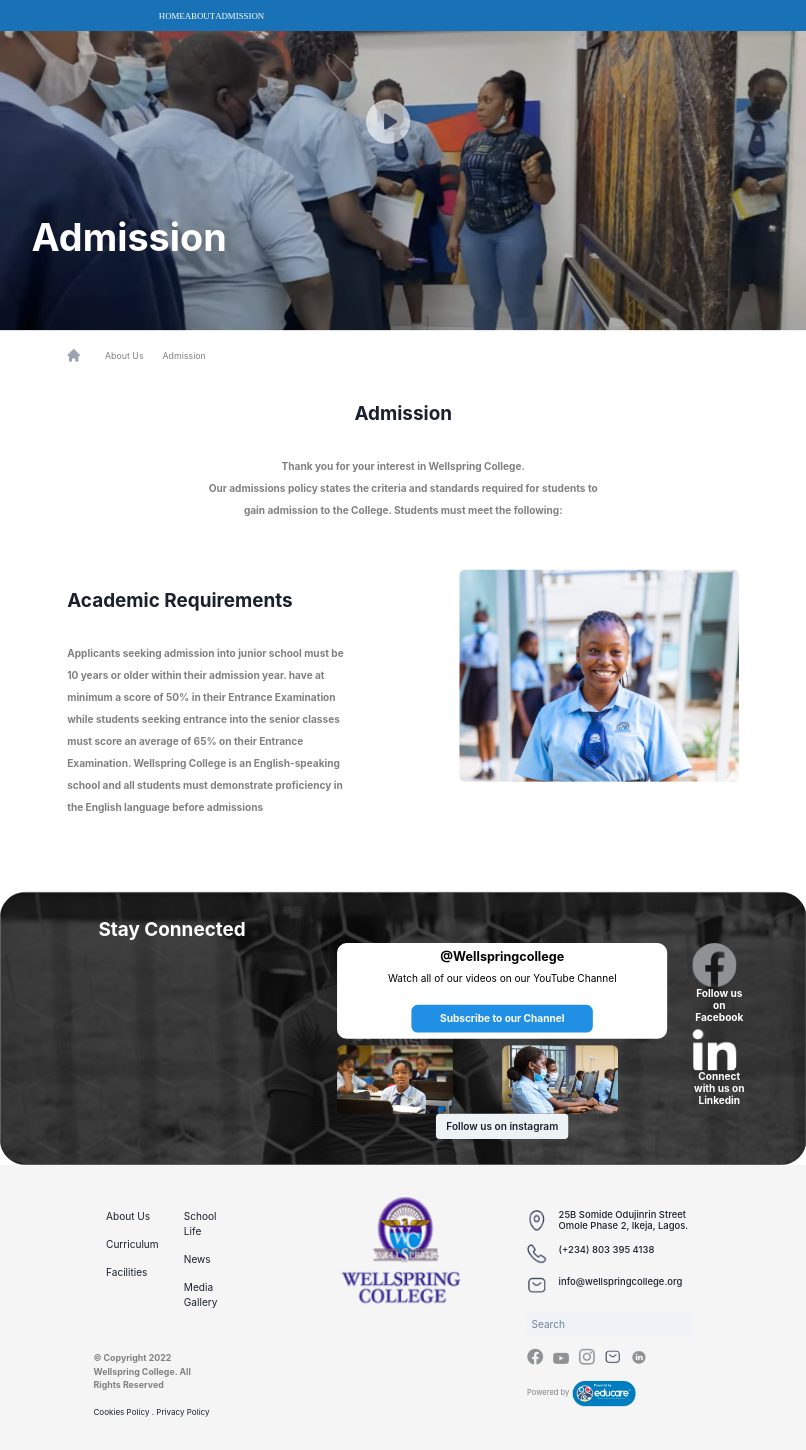
Repository: gr8skills/wellspring-school-forked
Page: /admission
These files come from the project's save history. The page is drawn as it stood at one moment and after a run of saves; the edit follows.
The browser window is 1280 px wide. The pictures show the whole page, at 63% of full size.
The project was rebuilt for these pictures with package versions that can differ from the ones it lists, and the page was loaded fresh each time. Also part of the build but not shown: src/components/Navbar/Dropdown.scss, src/components/Navbar/Dropdown.js, src/components/Testimonials/Testimonials.js, src/components/Calendar/Calendar.js, src/components/News/News.js, src/components/WhyWellspring/_why-wellspring.scss, src/components/WhyWellspring/WhyWellspring.js, src/components/AppTab/AppTab.js and 9 more.

Above is the page before, as saved 2022-12-06 19:08:39.

### src/index.css
body {
  /* margin: 0;
  font-family: -apple-system, BlinkMacSystemFont, 'Segoe UI', 'Roboto', 'Oxygen',
    'Ubuntu', 'Cantarell', 'Fira Sans', 'Droid Sans', 'Helvetica Neue',
    sans-serif;
  -webkit-font-smoothing: antialiased;
  -moz-osx-font-smoothing: grayscale; */
}

/* code {
  font-family: source-code-pro, Menlo, Monaco, Consolas, 'Courier New',
    monospace;
} */

### src/App.css
body{
}

.App {
  text-align: center;
    background-color:black;

}

.App-logo {
  height: 40vmin;
  pointer-events: none;
}

@media (prefers-reduced-motion: no-preference) {
  .App-logo {
    animation: App-logo-spin infinite 20s linear;
  }
}


@keyframes App-logo-spin {
  from {
    transform: rotate(0deg);
  }
  to {
    transform: rotate(360deg);
  }
}

### src/pages/Admission/Admission.js
import Banner from "../../assets/admission.png";
import Home from "../../assets/home.png";
import VideoIcon from "../../assets/vid2.png";
import Happy from "../../assets/happy.png";

import Dot from "../../assets/yellow.png";
import { Heading } from "@chakra-ui/react";
import { Link } from "react-router-dom";

import "./_admission.scss";
import { StayConnected } from "../../components/StayConnected/StayConnected";
export const Admission = () => {
  return (
    <>
      <div className="col-md-12 holder">
        <img className="col-md-12 imgCaro" src={Banner} alt="Scholar" />
        <div className="overlay">
          <div className="videoIcon">
            {" "}
            <img className="col-md-1" src={VideoIcon} alt="Scholar" />
          </div>
          <Heading size="3xl">Admission</Heading>
        </div>
      </div>
      <div className="flexy breadcrumb">
        <div className="col-md-1">&nbsp;</div>
        <a href="#">
          <img className="col-md-12 home-icon" src={Home} alt="Scholar" />
        </a>
        <p>About Us</p>
        <p>Admission</p>
      </div>
      <div className="col-md-12 flexy admission">
        <div className="col-md-3">&nbsp;</div>
        <div className="page-body col-md-6 ">
          <Heading size="lg" mb="50px" mt="30px">
            Admission
          </Heading>
          <p style={{ lineHeight: "35px" }}>
            Thank you for your interest in Wellspring College.
            <br /> Our admissions policy states the criteria and standards
            required for students to gain admission to the College. Students
            must meet the following:
          </p>
        </div>
      </div>
      <div className="col-md-12 flexy mt6">
        <div className="col-md-1">&nbsp;</div>
        <div className="col-md-10 flexy">
          <div className="page-body col-md-5 ">
            <Heading size="lg" mb="50px" mt="30px">
              Academic Requirements
            </Heading>
            <p>
              Applicants seeking admission into junior school must be 10 years
              or older within their admission year. have at minimum a score of
              50% in their Entrance Examination while students seeking entrance
              into the senior classes must score an average of 65% on their
              Entrance Examination. Wellspring College is an English-speaking
              school and all students must demonstrate proficiency in the
              English language before admissions
            </p>
          </div>
          <div className="col-md-2">&nbsp;</div>
          <div className="col-md-5">
            {" "}
            <img className="col-md-12 br" src={Happy} alt="Scholar" />
          </div>
        </div>
      </div>
<div className="col-md-12 flexy admission-process"></div>
      <StayConnected />
    </>
  );
};

### src/components/Navbar/NavBar.module.css


.navCont{
    position: relative;
    /* display: flex; */
    width:25%;
    /* justify-content: space-between; */
    /* margin: 0 auto; */
    /* max-height: 5rem; */
    padding-left:220px;

}

.nav-links{
    font-size:10px !important;
}


.imgCont{
    position: relative;
}

/* .imgContent{
    position: absolute;
    z-index: 1;
    height: 6vw;

} */

/* .btnPortal{
    background-color: #4CA14900;
    color: #fff;
    height: 2.5rem;
    width: 7rem;
    font-size: 18px;
    border-radius: 5px;
    position: relative;
    outline: 0;
    border: 0;
    transition: 1.5s scale linear;
} */

/* .btnPortal:focus{
    outline: 0;
    border: 0;
} */

/* .btnPortal:hover{
    transform: scale(1.02);
    background-color: #4CA149CF;
} */

/* .fIcon{
    width: 30px;
    height: 30px;
    padding: 5px 5px;
    transform: translate(-6px, -1px);
} */

/* @media screen and (max-width: 960px) {
    .navCont{
        position: relative;
        display: flex;
        width: 100%;
        justify-content: space-between;
        margin: 0 auto;
        max-height: 5rem;

    }

    .imgContent{
        position: absolute;
        z-index: 1;
        height: 16vw;

    }

}


 */

### src/components/Footer/_footer.scss
@import "../../shared-styles";
@import "../../variables";



.footer-container{
    padding:50px;
    height:fit-content;
    background-color:#F5F5F6;
    ul li{
        margin:20px;
    }
    .footer-contacts{
        img{width:30px; margin-right:20px}
        h1{margin-top:20px;
        font-size:15px;}
    }
    .footer-links{
        p{margin-top:30px;
        font-size:14px;
    color:grey;
font-weight:bold;
margin-bottom:20px;}
    }
    ol li{
       width:33px;
       img{
        width:25px !important;
        margin-top:20px;
       }
    }
    .educare{
        margin-top:20px;
        p{font-size:12px;
        color:grey;
    margin-top:10px;
margin-right:5px;}
            img{width:100px;}

    }
}

### src/pages/AboutUs/_about-us.scss
@import "../../shared-styles";
@import "../../variables";


.holder2 {
  position: relative;
  img{border-radius: 10px;}
    // background-image: url("../../assets/orange-arrow2.png");
  // background-repeat: no-repeat;
  // background-size: 60px;
  // background-position: 50% 50%;
  // position: relative;
  // z-index:10000000;
  // display:none;

}

/* Make the image to responsive */
.image {
  display: block;
  width: 100%;
  height: auto;
}

/* The overlay effect - lays on top of the container and over the image */
.overlay2 {
  position: absolute;
 bottom:134px;
  color: #f1f1f1;
  width: 60%;
  opacity:1;
  color: white;
  font-size: 27px !important;
  // padding: 40px ;
  text-align:center !important;left:10%;
  @media screen and (max-width:620px){
    left:16%;
     font-size: 30px !important;
  }



}
@media screen and (max-width:620px){
  .link-imgs{
    padding:20px;
  }
  .holder2{
        margin-top:20px;

  }.holder-up{
        margin-top:-70px;

  }
}

### src/pages/ProprietorMessage/_message.scss
@import "../../shared-styles";
@import "../../variables";


.message{
  span{color:$themecolor2;}
  strong{font-size:20px;
  color:rgb(98, 97, 97);}
  .message-paragraph{margin-left: 30px; margin-top: 98px;
  @media screen and (max-width:620px){
    margin-left: 0px;
  }
  }
  img{border-radius:10px;}
}

### src/pages/Vision/_vision.scss
@import "../../shared-styles";
@import "../../variables";


.vision{
  img{
    height:10px;
    width:10px;
    margin:17px 10px;
  }
  ul li{
   line-height:45px;
  }
  ul{
    margin-right:50px;
       margin-bottom:40px;

  }
}

### src/pages/Discipline/_discipline.scss
@import "../../shared-styles";
@import "../../variables";


.discipline{
 p{margin-bottom:140px;}
}

### src/pages/SchoolSong/_school-song.scss
@import "../../shared-styles";
@import "../../variables";


.school-song{
 p{margin-bottom:140px;
line-height: 55px;}
}

### src/pages/TeachingTeam/_teaching-team.scss
@import "../../shared-styles";
@import "../../variables";


.school-song{
 p{margin-bottom:140px;
line-height: 55px;}
}

### src/pages/Admission/_admission.scss
@import "../../shared-styles";
@import "../../variables";


.videoIcon{
    margin-left:45%;
    margin-bottom:10%;
 img{
    height:70px;
    width:70px;


 }
}
.admission{
    .page-body{text-align:center}
}

### src/_variables.scss
$themecolor:#1972B6;
$themecolor2:rgb(32,143,228);

### src/components/Testimonials/_testimonials.scss
@import "../../variables";
@import "../../shared-styles";




.testimonial{
    margin-top:100px;
    small{
font-weight:bold;}
.testimonial-massage{
 margin-top:80px;

    margin-left:60px;
    p{line-height:35px;
    margin-top:40px;
    }

}
strong{font-size:20px;
background-color:$themecolor2;
color:white;
padding:2px 7px;
margin-left: 10px;
border-radius:3px}
}
 .carousel {
    position: relative;
    z-index: 0;

}
.carousel-inner {
    position: relative;
    width: 100%;
    overflow: hidden;
          border-radius:20px !important;;

}

.carousel-indicators > button.active {
    opacity: 1;
    max-width: 14px !important;
    max-height:14px  !important;
    min-width: 14px !important;
    min-height:14px  !important;
    background-color: green !important;
    border-color: #fff !important;
    outline: none;
    border: none;
    border-radius: 7px !important;

}

.carousel-indicators button{
    max-width: 14px !important;
    max-height: 14px !important;
    min-width: 14px !important;
    min-height: 14px !important;
    margin: 3px 5px !important;
    border-radius: 7px !important;
    background-color: red!important;
    border: 1px solid #fff !important;
    transition: all .5s linear ;

}

.carousel-indicators button:focus{
        outline:0;
        border-color: #4287BD;
}
.carousel-indicators  {
    position: absolute;
    right: 0;
    bottom: 10px;
    left: 0;
    z-index: 15;
    display: flex;
    flex-direction: row;
    height: 100%;
    justify-content: center;
    padding-left: 0;
    margin-right: 0;
    margin-left: 1vw;
    list-style: none;
    outline: none;
    border: none;
}

.carousel-control-next {
 left: 9vw;
     transform: rotate(180deg);
    position: absolute;
    margin-top: 35% !important;
    justify-content: right !important;
    height: 10px;
    width: 18px !important;
    font-size: 50px;

}
.carousel-control-prev {
    left: 1.5vw;
    transform: rotate(180deg) !important;
    position: absolute;
    margin-top: 35% !important;
    justify-content: right !important;
    height: 10px;
    font-size: 50px;
    width: 20px !important;

}
.carousel-control-prev::after{
    content: url('../../assets/arrow-right.png');

    z-index: 10000000000;
    margin-right: 70px;
    width: 20px;
    height: 80px;
}
.carousel-control-next::after{
    content: url('../../assets/arrow-left.png');
    font-size: 54px;
    z-index: 1000000000000000000000000000;
    position:relative;
    right: 0 !important;
    width: 20px;
    height: 80px;

}

### src/_shared-styles.scss
@import "./variables";


@media screen and (max-width:620px){
    .flexyM{
        display:flex;
    }
    .side-menu{
        display:none !important;
    }
    .page-body{padding:20px;}
}
@media screen and (min-width:620px){
    .flexy{
        display:flex;
    }
    .spread{
        display:flex;
    }
}

.side-menu{
    height:fit-content;
    padding:40px;
    background-color:#F9FAFA;
    border-radius: 10px;
    ul li{
        line-height:60px;
       &:hover{
        color:$themecolor2 !important;
       }
    }
   .active{color:$themecolor2 !important;}
}



* {box-sizing: border-box}

/* Container needed to position the overlay. Adjust the width as needed */
.holder {
  position: relative;
  width: 100%;
}

/* Make the image to responsive */
.image {
  display: block;
  width: 100%;
  height: auto;
}

/* The overlay effect - lays on top of the container and over the image */
.overlay {
  position: absolute;
  bottom: 60px;

  color: #f1f1f1;
  width: 100%;
  opacity:1;
  color: white;
  font-size: 20px;
  padding: 50px;
  text-align:left;
}

.home-icon{
    height:20px;
    width:20px;
    margin-right:40px;
}
.breadcrumb{
margin-top:30px;
p{color:grey; font-size:14px; margin-right:30px}
}
.page-body{
  p{font-weight:700;
  color:grey;
line-height:35px}
}
.br{
  border-radius:10px
}
.mt1{
  margin-top:10px;
}.mt2{
  margin-top:20px;
}.mt3{
  margin-top:30px;
}.mt4{
  margin-top:40px;
}.mt5{
  margin-top:50px;
}.mt6{
  margin-top:60px;
}

### src/components/AppButton/_app-button.scss
@import "../../shared-styles";
@import "./overides";
@import "../../variables";

.app-button{
    background-color:$themecolor2;
    color:white;
    padding:10px 45px;
    font-weight:bold;
    border-radius:10px;
}

### src/components/Calendar/_calendar.scss
@import "../../shared-styles";
@import "../../variables";



.calendar-container{
            text-align:center;
border-right:solid 1px rgb(202, 200, 200);
    .calendar-box{
background-color:$themecolor2;
height:100px;
width:110px;
border-radius: 10px;
color:#fff;
    text-align: center;
    padding:10px 0;
margin-left:40px;
margin-bottom:30px;

    }
    p{
        color:grey;
        margin-top:20px;
    }
    .calendar-day{
        font-size:35px;
    }
    .calendar-description{
        font-size:20px;
        text-align:center;
    }
}

### src/components/News/_news.scss
@import "../../shared-styles";
@import "../../variables";
.news-container{
    .news-img{
     margin-bottom:40px;
     margin-top:40px;

    }
    img{
        width:100%;
        border-radius: 10px;


    }
    .news-description{
        margin-left:30px;
        h6{
            color:grey;margin-top:40px;
        }
        p{line-height: 35px;
        font-size:20px;
    }
    }
    .read-more-link{
        color:$themecolor;
        margin-top:50px;
    }
}

### src/components/AppTab/_app-tab.scss
@import "../../shared-styles";
@import "./overides";
@import "../../variables";

### src/components/Form/_form.scss
@import "../../shared-styles";
@import "../../variables";
@import "./overides";

### src/components/SearchBar/_search-bar.scss
.visually-hidden {
    clip: rect(0 0 0 0);
    clip-path: inset(50%);
    height: 1px;
    overflow: hidden;
    position: absolute;
    white-space: nowrap;
    width: 1px;
}

input{
    background-color: rgb(239, 243, 248) !important;
    padding:7px !important;
    margin-top:20px !important;border-radius: 5px !important;
}

### src/components/StayConnected/_stay-connected.scss

.connected{
    margin-top:100px;
 border:solid 1px black;
  background-image: url("../../assets/connected-bg.png");
  background-repeat: no-repeat;
  background-size: cover;
  padding: 40px 10px;
  color:white;
  border-radius:40px;
  // margin-right:30px;
  // margin-left:60px;
  text-align:center;
      .channel{
        background-color:white;
        color:black;
        padding:10px 20px;
        height:fit-content;
        border-radius: 15px;
        margin-top:40px;
      }
      img{width:70%;
    height:100%;
  border-radius:10px;
}
}

.socials{
    margin-top: 40px;
    padding-left: 40px;
    text-align:center !important;
    img{
        width:70px !important;
    }
    .linked{
        background-color:grey;
         width:100px !important;
        border-radius: 50%;
        padding:20px;
    }
}

### src/components/AppButton/_overides.scss
@import "../../variables";



.css-jut409{
    background-color:$themecolor;
    padding:100px !important;
}

### src/components/AppTab/_overides.scss
@import "../../variables";


.css-1uw5bnh{
//    box-shadow:0 0 10px 10px rgb(30,130,205);
   border:solid 10px rgb(30,130,205);
   border-radius:10px
}
.css-qycpmy{
    color:rgb(30,130,205);
    background:#fff;
    width:100%;
    border-right:solid 1px $themecolor2;
}

### src/components/Form/_overides.scss
.css-1kp110w{
    background-color:#fff !important;
    padding:30px !important;
    color:grey;
    margin-top:40px;
    border:none !important;
        box-shadow: 0 0 1px 1px #fff !important;

}

.css-1om0uuh {
      background-color:#fff !important;
    margin-top:40px;
    margin-bottom:20px;
    height:300px !important;
        box-shadow: 0 0 1px 1px #fff !important;

}

Loaded but not shown: public/index.html (common file); src/index.js (common file); src/reportWebVitals.js (common file); src/components/Navbar/Navbar.js (299 lines, source omitted); src/components/Footer/Footer.js (113 lines, source omitted); src/components/StayConnected/StayConnected.js (75 lines, source omitted); src/App.js (38 lines, source omitted); src/components/Navbar/MenuItems.js (31 lines, source omitted); src/components/SearchBar/SearchBar.js (15 lines, source omitted); src/components/AppButton/AppButton.js (9 lines, source omitted); src/pages/Home/_home.scss (321 lines, source omitted); src/components/Navbar/_navbar.scss (322 lines, source omitted)

After the next 3 saves:
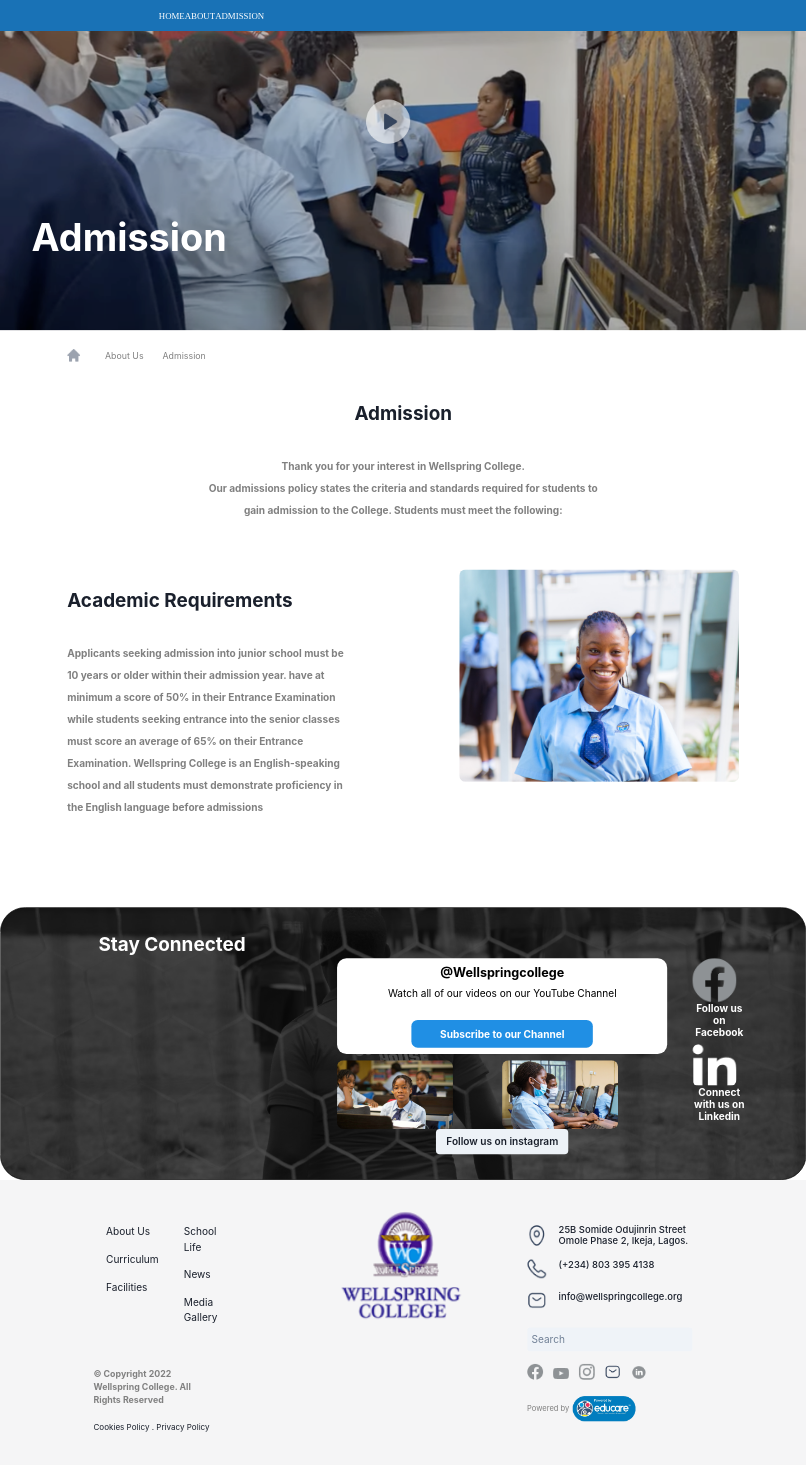
The 3 saves are shown as one change because they came seconds apart.
The last was saved 12 s later.
--- a/src/pages/Admission/Admission.js
+++ b/src/pages/Admission/Admission.js
@@ -68,7 +68,9 @@
           </div>
         </div>
       </div>
-<div className="col-md-12 flexy admission-process"></div>
+<div className="col-md-12 flexy admission-process">
+  <div>&nbsp;</div>
+</div>
       <StayConnected />
     </>
   );

After the 6 saves that followed:
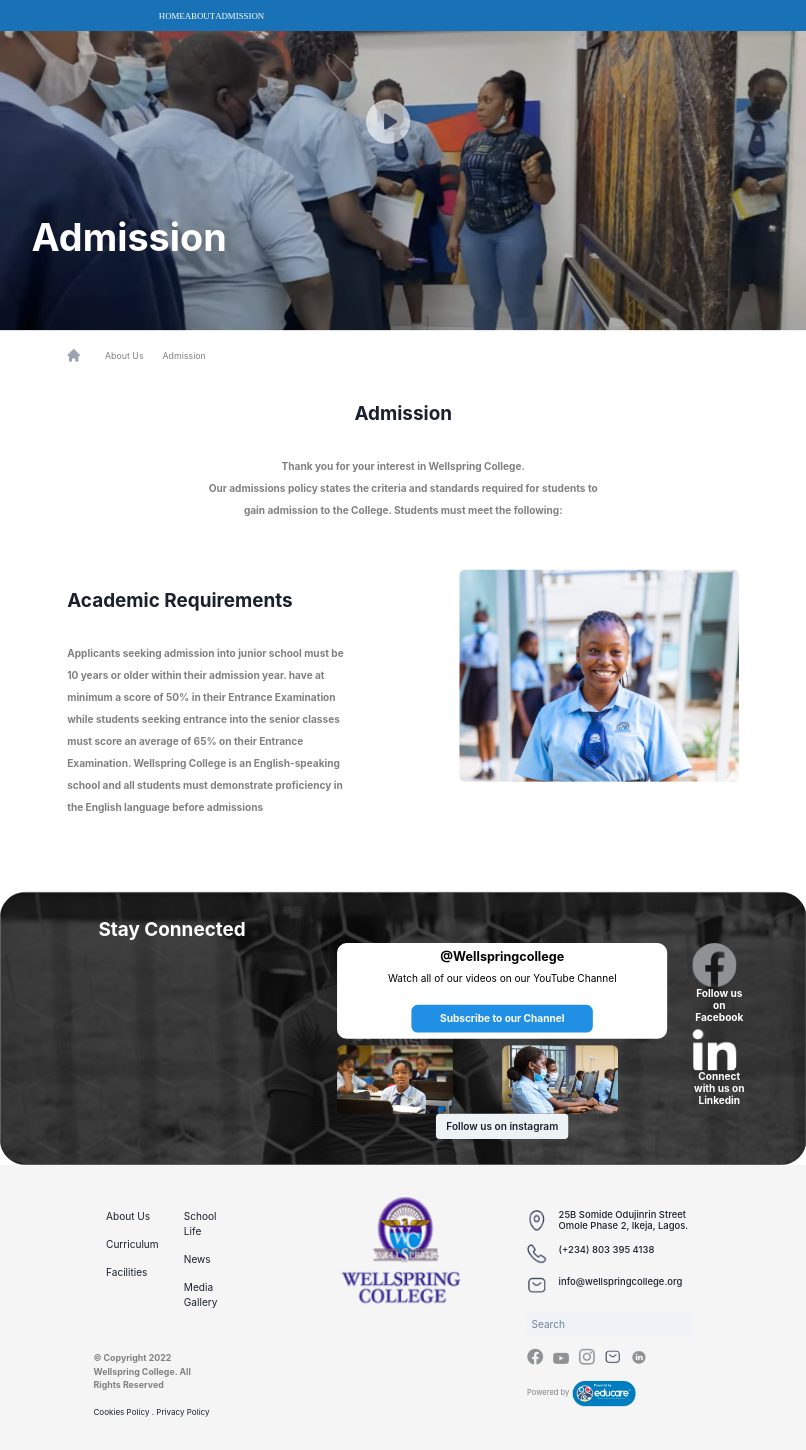
The 6 saves are shown as one change because 4 left the picture as it was and some came seconds apart.
The last was saved 70 s later.
--- a/src/pages/Admission/Admission.js
+++ b/src/pages/Admission/Admission.js
@@ -68,8 +68,11 @@
           </div>
         </div>
       </div>
-<div className="col-md-12 flexy admission-process">
-  <div>&nbsp;</div>
+<div className="col-md-12 admission-process">
+
+  <div className="col-md-12 flexy">
+
+  </div>
 </div>
       <StayConnected />
     </>
